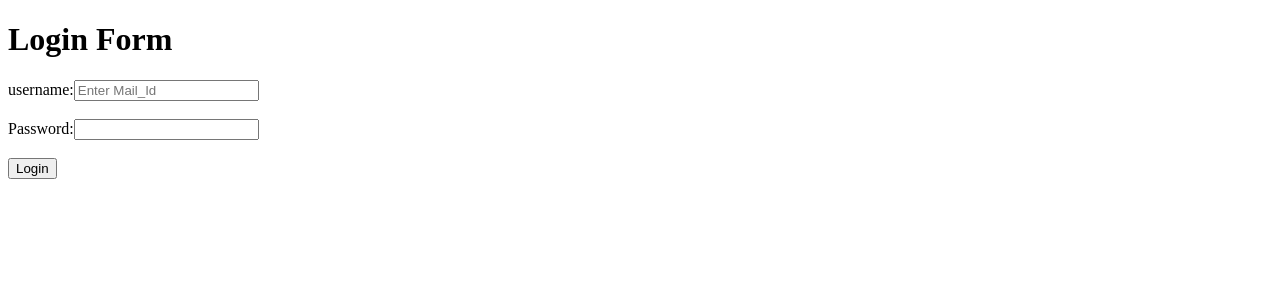
Repository: AbubakarShaik/Java_J2EE_Project
Page: http://localhost/com.testprojectServlet/login.jsp
An editor plug-in stored every save of this project. The page is shown before and after the next save, followed by the edit.
The browser window is 1280 px wide. The pictures show the whole page.
The page is served by Tomcat 9.

Above is the page before, as saved 2016-12-22 09:05:55.

After the next save:
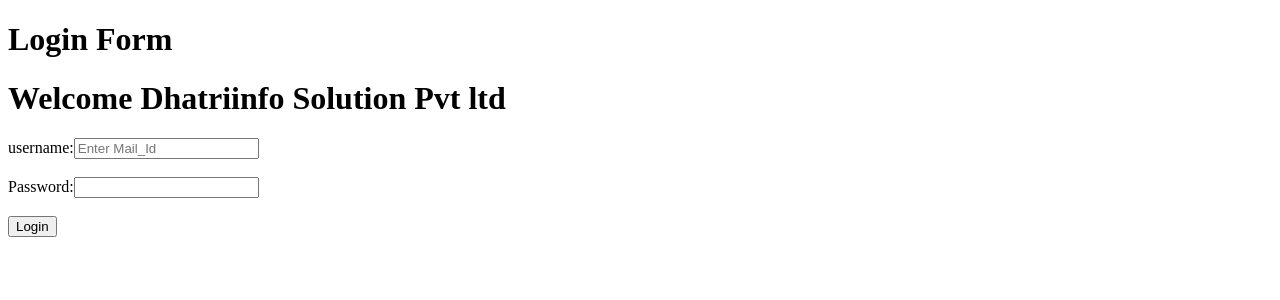
Saved 2 min 40 s later.
--- a/com.testprojectServlet/WebContent/login.jsp
+++ b/com.testprojectServlet/WebContent/login.jsp
@@ -8,6 +8,7 @@
 </head>
 <h1>Login Form</h1>
 <body>
+<h1>Welcome Dhatriinfo Solution Pvt ltd </h1>
 <div>
 
 <td>username:<input type="text" name="UserName" placeholder="Enter Mail_Id"></td>
